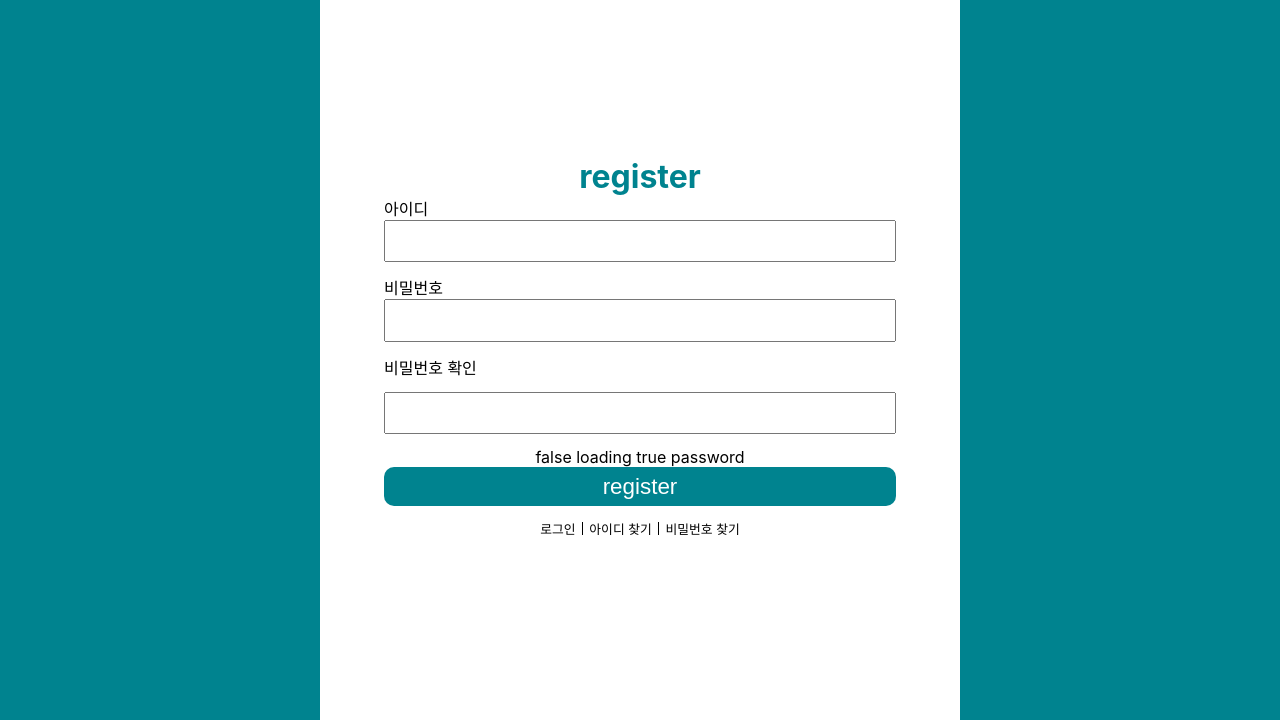
Repository: SeungYn/ticktickup-client
Page: /register
These files come from the project's save history. The page is drawn as it stood at one moment and after the next save; the edit follows.
The browser window is 1280 px wide. The pictures show the whole page.
The project was rebuilt for these pictures with package versions that can differ from the ones it lists, and the page was loaded fresh each time. Also part of the build but not shown: src/App.tsx, src/pages/Main.tsx, src/pages/TimeDetail.tsx, src/pages/MyInfo.tsx, src/containers/auth/LoginFormContainer.tsx, src/pages/LoginPage.tsx.

Above is the page before, as saved 2023-01-03 21:03:19.

### src/index.tsx
import React from 'react';
import ReactDOM from 'react-dom/client';
import { createBrowserRouter, RouterProvider } from 'react-router-dom';

import './index.css';
import App from './App';
import Main from './pages/Main';
import TimeDetail from './pages/TimeDetail';
import MyInfo from './pages/MyInfo';
import LoginContainer from './pages/LoginPage';
import RegisterPage from './pages/RegisterPage';
import { Provider } from 'react-redux';
import { store } from './modules';

const root = ReactDOM.createRoot(
  document.getElementById('root') as HTMLElement
);

const router = createBrowserRouter([
  {
    path: '/',
    element: <App />,
    children: [
      { index: true, element: <Main /> },
      {
        path: 'TimeDetail',
        element: <TimeDetail />,
      },
      {
        path: 'Myinfo',
        element: <MyInfo />,
      },
    ],
  },
  {
    path: 'Login',
    element: <LoginContainer />,
  },
  {
    path: 'register',
    element: <RegisterPage />,
  },
]);

root.render(
  <Provider store={store}>
    <RouterProvider router={router}></RouterProvider>
  </Provider>
);

### src/index.css
* {
  box-sizing: border-box;
}

html {
  height: 100%;
  width: 100%;
}

body {
  margin: 0;
  font-family: -apple-system, BlinkMacSystemFont, 'Segoe UI', 'Roboto', 'Oxygen',
    'Ubuntu', 'Cantarell', 'Fira Sans', 'Droid Sans', 'Helvetica Neue',
    sans-serif;
  -webkit-font-smoothing: antialiased;
  -moz-osx-font-smoothing: grayscale;
  height: 100%;
  width: 100%;
}

code {
  font-family: source-code-pro, Menlo, Monaco, Consolas, 'Courier New',
    monospace;
}

#root {
  height: 100%;
  width: 100%;
  background-color: #00838f;
  display: flex;
  justify-content: center;
}

input {
  outline: none;
}

h1,
h2 {
  margin: 0;
}

button {
  outline: none;
  background: none;
  border: none;
  cursor: pointer;
  padding: 0;
}

a {
  text-decoration: none;
  color: black;
}

a:visited {
  color: black;
}

### src/pages/RegisterPage.tsx
import React from 'react';
import RegisterFormContainer from '../containers/auth/RegisterFormContainer';

export default function RegisterPage() {
  const onSubmit = (e: React.FormEvent<HTMLFormElement>) => {
    e.preventDefault();
    console.log('submit');
  };
  return <RegisterFormContainer />;
}

### src/modules/index.ts
import { configureStore } from '@reduxjs/toolkit';
import authReducer from './auth';
import loadingReducer from './Loading';

export const store = configureStore({
  reducer: { auth: authReducer, loading: loadingReducer },
});
export type RootState = ReturnType<typeof store.getState>;
export type AppDispatch = typeof store.dispatch;

### src/containers/auth/RegisterFormContainer.tsx
import React from 'react';
import { useDispatch, useSelector } from 'react-redux';
import AuthForm from '../../components/auth/AuthForm';
import { AppDispatch, RootState } from '../../modules';
import { authRegister, changeField } from '../../modules/auth';

export default function RegisterFormContainer() {
  const { register } = useSelector((state: RootState) => state.auth);
  const { loading } = useSelector((state: RootState) => state);
  const dispatch = useDispatch<AppDispatch>();
  const onSubmit = (e: React.FormEvent<HTMLFormElement>) => {
    e.preventDefault();
    console.log('submit');
    dispatch(
      authRegister({ username: register.username, password: register.password })
    );
  };

  const onChange = (e: React.ChangeEvent<HTMLInputElement>) => {
    const { name, value } = e.target;
    dispatch(changeField({ form: 'register', name, value }));
  };

  return (
    <AuthForm
      type={'register'}
      form={register}
      onChange={onChange}
      onSubmit={onSubmit}
      loading={loading.loading}
      passwordMatch={register.passwordMatch}
    />
  );
}

### src/modules/auth.ts
import { AxiosResponse } from 'axios';
import {
  createAsyncThunk,
  createSlice,
  current,
  PayloadAction,
} from '@reduxjs/toolkit';
import { AppDispatch } from '.';
import AuthService from '../service/authService';
import { finishLoading, startLoading } from './Loading';

const authService = AuthService.getHttpInstance();

export interface AuthSuccessResponse {
  username: string;
  token: string;
}

export interface AuthFailResponse {
  error: string;
}

export type Register = {
  username: string;
  password: string;
  passwordConfirm: string;
  passwordMatch: boolean;
  [key: string]: string | boolean;
};

export type Login = {
  username: string;
  password: string;
  [key: string]: string;
};

export const authRegister = createAsyncThunk<
  { token: string; username: string },
  { username: string; password: string },
  {
    rejectValue: AuthFailResponse;
    dispatch: AppDispatch;
  }
>('auth/REGISTER', async (form, thunkAPI) => {
  console.log('async');
  console.log(thunkAPI);
  thunkAPI.dispatch(startLoading());
  try {
    const res = (await authService.signup(
      form.username,
      form.password
    )) as AxiosResponse;
    return res.data;
  } catch (e) {
    console.log(e, 'error');
    return thunkAPI.rejectWithValue({ error: e as string });
  } finally {
    thunkAPI.dispatch(finishLoading());
  }
});

export const authLogin = createAsyncThunk(
  'auth/LOGIN',
  async (form: Login, thunkAPI) => {
    thunkAPI.dispatch(startLoading());
    try {
      return { payload: { token: '123', username: '123' } };
    } catch (e) {
      return thunkAPI.rejectWithValue({ error: '123' });
    } finally {
      thunkAPI.dispatch(finishLoading());
    }
  }
);

interface InitialAuthFormState {
  register: Register;
  login: Login;
  authError: string | null | undefined;
  authDuplicateError: string | null;
  auth: null | { [key: string]: string };
}

const initialAuthFormState: InitialAuthFormState = {
  register: {
    username: '',
    password: '',
    passwordConfirm: '',
    passwordMatch: true,
  },

  login: {
    username: '',
    password: '',
  },
  authError: null,
  authDuplicateError: null,
  auth: null,
};

const authSlice = createSlice({
  name: 'authForm',
  initialState: initialAuthFormState,
  reducers: {
    changeField: (
      state,
      {
        payload,
      }: PayloadAction<{
        form: 'login' | 'register';
        value: string;
        name: string;
      }>
    ) => {
      const { form, name, value } = payload;

      state[form][name] = value;
      if (form === 'register') {
        if (state[form].password !== state[form].passwordConfirm)
          state[form].passwordMatch = false;
        else state[form].passwordMatch = true;
      }
    },
    initialForm: (
      state,
      { payload }: PayloadAction<{ form: 'login' | 'register' }>
    ) => {
      const { form } = payload;
      if (form === 'login') state[form] = initialAuthFormState[form];
      else state[form] = initialAuthFormState[form];
    },
  },
  extraReducers: (builder) => {
    builder
      .addCase(authRegister.pending, (state, action) => {
        console.log('pending auth');
      })
      .addCase(authRegister.fulfilled, (state, action) => {
        state.auth = action.payload;
        console.log('fulfilled auth');
      })
      .addCase(authRegister.rejected, (state, action) => {
        state.authError = action.payload?.error;
      })
      .addCase(authLogin.pending, (state, action) => {
        console.log('pending');
      })
      .addCase(authLogin.fulfilled, (state, action) => {
        console.log('fulfilled');
      })
      .addCase(authLogin.rejected, (state, action) => {
        console.log('rejected');
      });
  },
});

export const { changeField, initialForm } = authSlice.actions;

export default authSlice.reducer;

### src/modules/Loading.ts
import { createSlice } from '@reduxjs/toolkit';

const loadingSlice = createSlice({
  name: 'loading',
  initialState: { loading: false },
  reducers: {
    startLoading: (state) => {
      console.log('startLoading');
      state.loading = true;
    },
    finishLoading: (state) => {
      state.loading = false;
    },
  },
});

export const { startLoading, finishLoading } = loadingSlice.actions;
export default loadingSlice.reducer;

### src/components/auth/AuthForm.tsx
import styles from './authForm.modue.scss';
import classNames from 'classnames';
import AuthBtn from '../common/AuthBtn';
import { Link } from 'react-router-dom';
import { Login, Register } from '../../modules/auth';
import { AppDispatch } from '../../modules';
import React from 'react';
import { css } from 'styled-components';
const cx = classNames.bind(styles);
interface AuthFormType {
  type: string;
  form: Login | Register;
  loading?: boolean;
  passwordMatch?: boolean;
  onSubmit: (e: React.FormEvent<HTMLFormElement>) => void;
  onChange: (e: React.ChangeEvent<HTMLInputElement>) => void;
}

export default function AuthForm({
  type,
  form,
  onChange,
  onSubmit,
  loading,
  passwordMatch,
}: AuthFormType) {
  console.log(passwordMatch);
  return (
    <form className={cx('form')} onSubmit={onSubmit}>
      <h1>{type}</h1>
      <label htmlFor='username'>
        아이디
        <input
          type='text'
          name='username'
          onChange={onChange}
          value={form.username}
          required
        />
      </label>

      <label htmlFor='password'>
        비밀번호
        <input
          type='password'
          name='password'
          onChange={onChange}
          value={form.password}
          required
        />
      </label>
      {type === 'register' && (
        <label htmlFor='password'>
          <div>
            <span>비밀번호 확인</span>{' '}
            {!passwordMatch && (
              <span className={cx({ passwordNotMatch: !passwordMatch })}>
                비밀번호를 확인해 주세요
              </span>
            )}
          </div>
          <input
            type='password'
            name='passwordConfirm'
            value={form.passwordConfirm}
            onChange={onChange}
            required
          />
        </label>
      )}
      {`${loading} loading ${passwordMatch} password`}
      <AuthBtn title={type} />

      <div className={cx('footer')}>
        {type === 'login' ? (
          <Link to='/register' className={cx('footerBtn')}>
            회원가입
          </Link>
        ) : (
          <Link to='/login' className={cx('footerBtn')}>
            로그인
          </Link>
        )}
        <span className={cx('gap')}></span>
        <button className={cx('footerBtn')}>아이디 찾기</button>
        <span className={cx('gap')}></span>
        <button className={cx('footerBtn')}>비밀번호 찾기</button>
      </div>
    </form>
  );
}

### src/service/authService.ts
import { AxiosPromise, AxiosResponse } from 'axios';
import Http, { HttpInterface } from '../network/http';
export default class AuthService {
  private static instance: AuthService;

  private constructor(private http: HttpInterface) {}

  async signup(username: string, password: string) {
    const data = await this.http.fetch('/auth/signup', {
      method: 'POST',
      data: JSON.stringify({ username, password }),
    });
    console.log('data', data);
    return data;
  }

  public static getHttpInstance() {
    if (!AuthService.instance) {
      AuthService.instance = new AuthService(Http.getHttpInstance());
    }
    return AuthService.instance;
  }
}

### src/components/auth/authForm.modue.scss
@import '../../styles/utils.scss';

.form {
  width: 50%;
  height: 100%;
  display: flex;
  flex-direction: column;
  justify-content: center;
  align-items: center;
  background-color: $backgroundColor;

  padding: 0 4rem;

  & *:not(label) {
    margin-bottom: 0.8rem;
  }

  & > h1 {
    margin: 0;
    color: $main-color;
  }

  & input {
    font-size: 1.4rem;
    padding: 0.4rem 0;
  }

  & label {
    width: 100%;
    display: flex;
    flex-direction: column;
  }
}

.footer {
  display: flex;
  align-items: center;
}

.gap {
  display: inline-block;
  height: 0.8rem;
  border-left: 1px solid black;
}

.footerBtn {
  font-size: 0.8rem;
  padding: 0 0.4rem;
}

.passwordNotMatch {
  color: red;
}

@media (max-width: 800px) {
  .form {
  }
}

### src/components/common/AuthBtn.tsx
import styled from 'styled-components';

interface AuthBtnType {
  title: string;
}

const StyledInput = styled.button`
  width: 100%;

  font-size: 1.4rem;
  border: none;
  background: #00838f;
  border-radius: 10px;
  padding: 0.4rem 0;
  color: white;
  &:hover {
    cursor: pointer;
  }
`;

export default function AuthBtn({ title }: AuthBtnType) {
  return <StyledInput>{title}</StyledInput>;
}

### src/network/http.ts
import axios, {
  AxiosError,
  AxiosInstance,
  AxiosInterceptorOptions,
  AxiosRequestConfig,
  AxiosResponse,
} from 'axios';

export interface HttpInterface {
  fetch: (
    url: string,
    options: AxiosRequestConfig
  ) => Promise<AxiosResponse | AxiosError>;
}

export default class Http implements HttpInterface {
  private static instance: Http;
  private readonly client: AxiosInstance;
  private constructor(baseURL: string) {
    this.client = axios.create({
      baseURL: baseURL,
      withCredentials: true,
    });
  }

  async fetch(
    url: string,
    options: AxiosRequestConfig
  ): Promise<AxiosResponse > {
    this.client.defaults.headers.post['Content-Type'] = 'application/json';
    const { data, method, headers } = options;
    const request = {
      url,
      method,
      headers: {
        ...headers,
      },
      data,
    };
    let res: AxiosResponse;

    try {
      res = await this.client(request);
      return res;
    } catch (e) {
      if (axios.isAxiosError(e)) {
        const message = e.response?.data?.message;
        if (message) {
          console.error(message);
          throw new Error(message);
        }
      }
      throw new Error('Connect Error');
    }
  }
  public static getHttpInstance() {
    if (!Http.instance) {
      Http.instance = new Http(process.env.REACT_APP_BASE_URL as string);
    }
    return Http.instance;
  }
}

const a: HttpInterface = Http.getHttpInstance();

### src/styles/utils.scss
@import '~include-media/dist/include-media';

$red: #fa5252;
$orange: #fd7e14;
$yellow: #fcc419;
$green: #40c057;
$blue: #339af0;
$indigo: #5c7cfa;
$violet: #7950f2;
$backgroundColor: white;
$main-color: #00838f;
$font-size-medium: 1.2rem;
@mixin square($size) {
  $calculated: 32px * $size;
  width: $calculated;
  height: $calculated;
}

Loaded but not shown: public/index.html (common file)

After the next save:
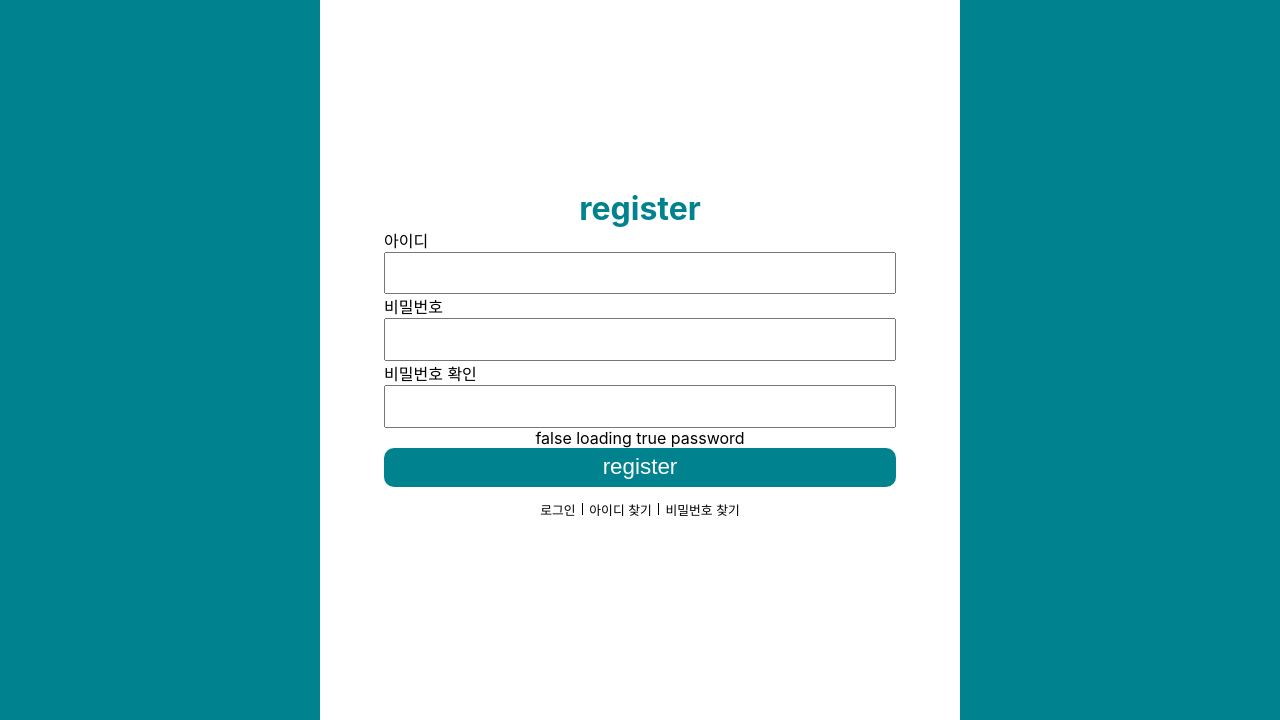
Saved 47 s later.
--- a/src/components/auth/authForm.modue.scss
+++ b/src/components/auth/authForm.modue.scss
@@ -11,7 +11,7 @@
 
   padding: 0 4rem;
 
-  & *:not(label) {
+  & > *:not(label) {
     margin-bottom: 0.8rem;
   }
 
